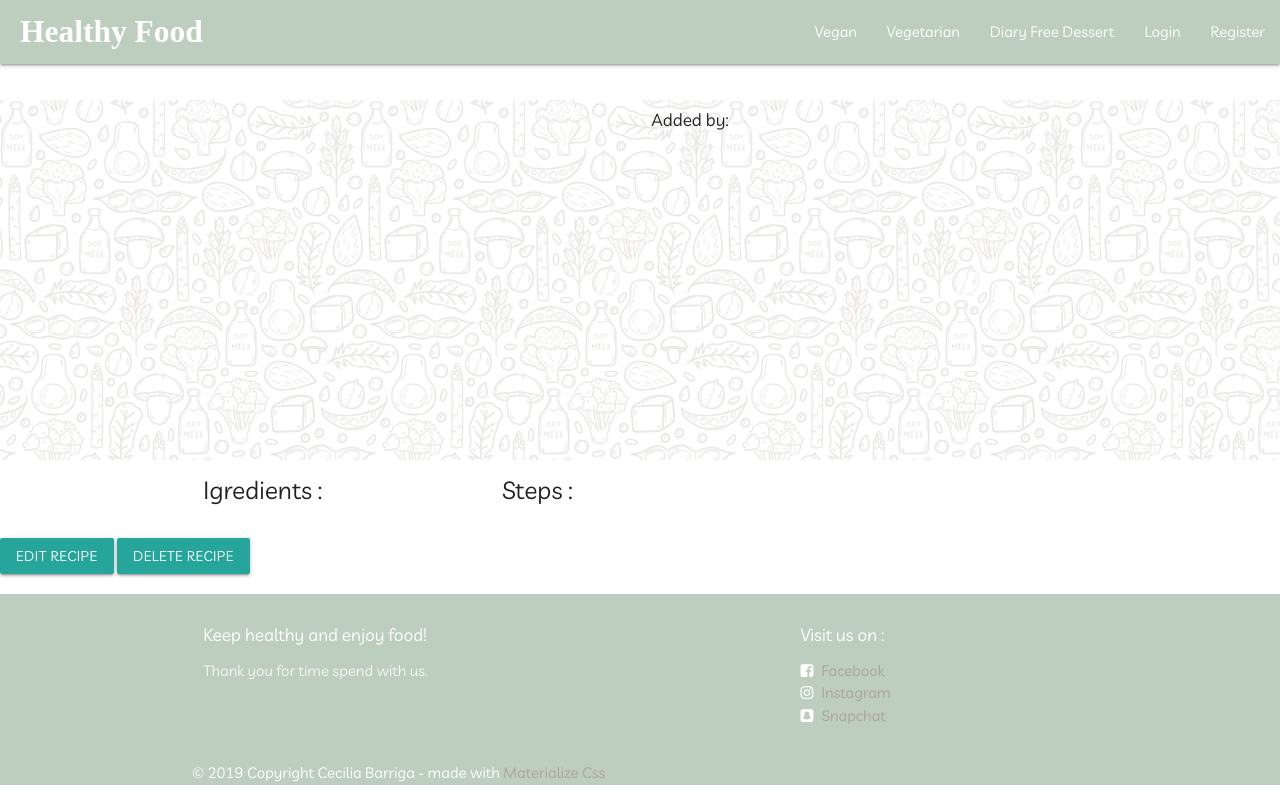
Repository: cesole/cookbook
Page: templates/recipe.html
The author's editor kept a record of every edit. The page is drawn from the files as they stood at one moment, then again after the next edit.
The browser window is 1280 px wide. The pictures show the whole page.
Some web fonts or font styles are not loaded; a fallback is used. The page is served by the project's application, run on Flask 3 (app.py). The template is opened directly, without the code that normally fills it, so the values that code supplies are empty.

Above is the page before.

### templates/recipe.html
{% extends 'base.html'%} {% block content %}
<div class="col s12">
    <div class="icon-block">
        <h2 class="orange-text text-lighten-3 art-deco-font">{{meal.dish_name}}</h2>
    </div>
</div>
<div class="container">
    <div class="row">
        <div class="col s12 m6">
            <img class="responsive-img" src="{{meal.image}}">
        </div>
        <div class="col s12 m6">
            <h6>Added by: </h6>
            <h6 class="orange-text text-lighten-3">{{meal.author}}</h6>
            <p class="description">{{meal.dish_description}}</p>
        </div>
    </div>
</div>
</div>
<div class="container row">
    <div class="col s12 m4">
        <h5>Igredients :</h5>
        <ol>
            {% if meal.ingredient_one %}
            <li>{{meal.ingredient_one}}</li>
            {% endif %} {% if meal.ingredient_two %}
            <li>{{meal.ingredient_two}}</li>
            {% endif %} {% if meal.ingredient_three %}
            <li>{{meal.ingredient_three}}</li>
            {% endif %} {% if meal.ingredient_four %}
            <li>{{meal.ingredient_four}}</li>
            {% endif %} {% if meal.ingredient_five %}
            <li>{{meal.ingredient_five}}</li>
            {% endif %} {% if meal.ingredient_six %}
            <li>{{meal.ingredient_six}}</li>
            {% endif %}
        </ol>
    </div>
    <div class="col s12 m4">
        <h5>Steps :</h5>
        <ol>
            {% if meal.step_one %}
            <li>{{meal.step_one}}</li>
            {% endif %} {% if meal.step_two %}
            <li>{{meal.step_two}}</li>
            {% endif %} {% if meal.step_three %}
            <li>{{meal.step_three}}</li>
            {% endif %} {% if meal.step_four %}
            <li>{{meal.step_four}}</li>
            {% endif %} {% if meal.step_five %}
            <li>{{meal.step_five}}</li>
            {% endif %} {% if meal.step_six %}
            <li>{{meal.step_six}}</li>
            {% endif %}
        </ol>
    </div>

</div>
<div class="row">
    <a href="{{url_for('edit_recipe', meal_id=meal._id)}}" class="btn waves-effect waves-light">Edit Recipe</a>
    <a href="{{url_for('delete_recipe', meal_id=meal._id)}}" class="btn waves-effect waves-light">Delete Recipe</a>
</div>

{% endblock %}

### templates/base.html
<!DOCTYPE html>
<html lang="en">

<head>
    <meta charset="UTF-8">
    <meta name="viewport" content="width=device-width, initial-scale=1.0">

    <link href="https://fonts.googleapis.com/icon?family=Material+Icons" rel="stylesheet">
    <!-- Compiled and minified CSS -->
    <link rel="stylesheet" href="{{ url_for('static', filename='css/materialize.min.css') }}" type="text/css" />
    <link href="https://stackpath.bootstrapcdn.com/font-awesome/4.7.0/css/font-awesome.min.css" rel="stylesheet" integrity="sha384-wvfXpqpZZVQGK6TAh5PVlGOfQNHSoD2xbE+QkPxCAFlNEevoEH3Sl0sibVcOQVnN" crossorigin="anonymous">
    <link href="https://fonts.googleapis.com/css?family=Livvic|Londrina+Outline&display=swap" rel="stylesheet">
    <link rel="stylesheet" href="{{ url_for('static', filename='css/style.css') }}" type="text/css" />


    <title>Cookbook</title>
</head>

<body class="container-fluid">
    <nav>
        <div class="nav-wrapper">
            <a href="{{url_for('index')}}" class="brand-logo">Healthy Food</a>
            <a href="#" data-target="mobile-demo" class="sidenav-trigger"><i class="material-icons">menu</i></a>
            <ul class="right hide-on-med-and-down">
                {% if session.username %}
                <li>Hello, {{ session.username }}!</li>
                {% endif %}
                <li><a href="{{url_for('vegan')}}">Vegan</a></li>
                <li><a href="{{url_for('vegetarian')}}">Vegetarian</a></li>
                <li><a href="{{url_for('dessert')}}">Diary Free Dessert</a></li>
                {% if not session.username %}
                <li><a href="{{url_for('login')}}">Login</a></li>
                <li><a href="{{url_for('register')}}">Register</a></li>
                {% else %}
                <li><a href="{{url_for('get_my_recipes')}}">My Recipes</a></li>
                <li><a href="{{url_for('logout')}}">Logout</a></li>
                {% endif %}
            </ul>
        </div>
        <ul class="sidenav" id="mobile-demo">
            {% if session.username %}
            <li>Hello, {{ session.username }}!</li>
            {% endif %}
            <li><a href="{{url_for('vegan')}}">Vegan</a></li>
            <li><a href="{{url_for('vegetarian')}}">Vegetarian</a></li>
            <li><a href="{{url_for('dessert')}}">Diary Free Dessert</a></li>
            {% if not session.username %}
            <li><a href="{{url_for('login')}}">Login</a></li>
            <li><a href="{{url_for('register')}}">Register</a></li>
            {% else %}
            <li><a href="{{url_for('get_my_recipes')}}">My Recipes</a></li>
            <li><a href="{{url_for('logout')}}">Logout</a></li>
            {% endif %}
        </ul>
    </nav>

    <div class="container-fluid">
        <main style="background-image: url({{ url_for('static', filename='images/background2.jpg') }}); background-size: contain; ">{% block content %}{% endblock %}</main>
    </div>

    <footer class="page-footer">
        <div class="container">
            <div class="row">
                <div class="col l6 s12">
                    <h6 class="white-text">Keep healthy and enjoy food!</h6>
                    <p class="grey-text text-lighten-4">Thank you for time spend with us.</p>
                </div>
                <div class="col l4 offset-l2 s12">
                    <h6 class="white-text">Visit us on :</h6>
                    <ul>
                        <li><i class="fa fa-facebook-square"></i><a class="social-media" href="https://www.facebook.com/" target="_blank">Facebook</a></li>
                        <li><i class="fa fa-instagram"></i><a class="social-media" href="https://www.instagram.com/" target="_blank">Instagram</a></li>
                        <li><i class="fa fa-snapchat-square"></i><a class="social-media" href="https://www.snapchat.com/" target="_blank">Snapchat</a></li>
                    </ul>
                </div>
            </div>
            <div class="copyright">
                <div class="row">
                    © 2019 Copyright Cecilia Barriga - made with <a class="orange-text text-lighten-3" href="https://materializecss.com/" target="_blank">Materialize Css</a>
                </div>
            </div>
        </div>
    </footer>


    <script src="https://code.jquery.com/jquery-3.3.1.slim.min.js" integrity="sha384-q8i/X+965DzO0rT7abK41JStQIAqVgRVzpbzo5smXKp4YfRvH+8abtTE1Pi6jizo" crossorigin="anonymous"></script>
    <!-- Compiled and minified JavaScript -->
    <script src="https://cdnjs.cloudflare.com/ajax/libs/materialize/1.0.0/js/materialize.min.js"></script>

    <script>
        $(document).ready(function() {
            $('.sidenav').sidenav();
            $('.parallax').parallax();
            $('.carousel').carousel();
            $('.slider').slider();
            $('select').formSelect();
        });
    </script>

</body>

</html>

### app.py
import os
from flask import Flask, render_template, flash, redirect, request, url_for, session, make_response, current_app
from flask_pymongo import PyMongo
import pymongo
from pymongo import MongoClient
from bson.objectid import ObjectId
import json
from datetime import datetime
from functools import update_wrapper


app = Flask(__name__)
app.config["MONGO_DBNAME"] = 'cook_book'
app.config["MONGO_URI"] = os.getenv('MONGO_URI', 'mongodb://localhost')
app.config['SECRET_KEY'] = "cooking_book"


mongo = PyMongo(app)




@app.route('/')
@app.route('/index')
def index():
    return render_template('index.html')

@app.route('/vegan')
def vegan():
    return render_template('vegan.html',
                            meals=mongo.db.meals.find())

@app.route('/vegetarian')
def vegetarian():
    return render_template('vegetarian.html',
                            meals=mongo.db.meals.find())

@app.route('/dessert')
def dessert():
    return render_template('dessert.html',
                            meals=mongo.db.meals.find())

@app.route('/login', methods=["POST", "GET"])
def login():
    users = mongo.db.users
    login_user = users.find_one({"username" : request.form.get("username", False)})
    if login_user:
        if (request.form['pass']) == login_user['password']:
            session['username'] = request.form['username']
            return redirect(url_for('index'))
        flash('Invalid username/password combination')

    return render_template('login.html')




@app.route('/register', methods=["POST", "GET"])
def register():
    if request.method == "POST":
        users = mongo.db.users
        existing_user = users.find_one({"username" : request.form['username']})
        if existing_user is None:
            users.insert({'username' : request.form['username'],
                            'password' : request.form['pass']
            })
            session['username'] = request.form['username']
            return redirect(url_for('index'))
        flash("Username already exist! Try again!")
    return render_template('register.html')


@app.route('/get_my_recipes', methods=['GET', 'POST'])
def get_my_recipes():
    if not 'username' in session:
        return redirect('/login')
    else:
        meals = mongo.db.meals.find()
        return render_template('user_recipes.html',
                           user=session['username'],
                        meals=meals)

@app.route('/add_recipe')
def add_recipe():
    return render_template('add_recipe.html',
                            categories=mongo.db.categories.find(),
                            meals=mongo.db.meals.find())


@app.route('/insert_recipe', methods=['POST'])
def insert_recipe():
    meals =  mongo.db.meals
    meals.insert_one(request.form.to_dict())
    return render_template('user_recipes.html',
    categories=mongo.db.categories.find(),
                            meals=mongo.db.meals.find())


@app.route('/delete_recipe/<meal_id>')
def delete_recipe(meal_id):
    mongo.db.meals.remove({'_id': ObjectId(meal_id)})
    return redirect(url_for('get_my_recipes'))


@app.route('/edit_recipe/<meal_id>')
def edit_recipe(meal_id):
    the_meal =  mongo.db.meals.find_one({"_id": ObjectId(meal_id)})
    all_categories =  mongo.db.categories.find()
    return render_template('edit_recipe.html', meal=the_meal,
                           categories=all_categories)


@app.route('/update_recipe/<meal_id>', methods=["POST"])
def update_recipe(meal_id):
    meals = mongo.db.meals
    meals.update( {'_id': ObjectId(meal_id)},
    {
        'dish_name':request.form.get('dish_name'),
        'category_name':request.form.get('category_name'),
        'dish_description': request.form.get('dish_description'),
        'ingredient_one': request.form.get('ingredient_one'),
        'ingredient_two': request.form.get('ingredient_two'),
        'ingredient_three': request.form.get('ingredient_three'),
        'ingredient_four': request.form.get('ingredient_four'),
        'ingredient_five': request.form.get('ingredient_five'),
        'ingredient_six': request.form.get('ingredient_six'),
        'step_one': request.form.get('step_one'),
        'step_two': request.form.get('step_two'),
        'step_three': request.form.get('step_three'),
        'step_four': request.form.get('step_four'),
        'step_five': request.form.get('step_five'),
        'step_six': request.form.get('step_six'),
        'image': request.form.get('image'),
        'cook_time': request.form.get('cook_time'),
        'prep_time': request.form.get('prep_time'),
        'author': request.form.get('author')
    })
    return redirect(url_for('get_my_recipes'))



@app.route('/logout')
def logout():
    session.clear()
    return redirect(url_for('index'))

@app.route('/recipe/<meal_id>', methods=['GET', 'POST'])
def recipe(meal_id):
    the_meal =  mongo.db.meals.find_one({"_id": ObjectId(meal_id)})
    return render_template('recipe.html', meal=the_meal)


if __name__ == '__main__':
    app.run(host=os.environ.get('IP'),
            port=int(os.environ.get('PORT')),
            debug=True)

### static/css/style.css
#index {
    color: #878f99;
    text-align: center;
}

nav .nav-wrapper {
    position: relative;
    height: 100%;
    background-color: #bdcebe !important;
    color: white;
}

.index-container {
    margin-left: 30px;
    color: #878f99;
}

.brand-logo {
    font-family: 'Londrina Outline', cursive;
    font-weight: bold;
    margin-left: 20px;
}

html {
    font-family: 'Livvic', sans-serif;
}

.description {
    font-size: 1.5rem;
}

main {
    min-height: 50vh;
}

form {
    margin-top: 50px;
}

.meals {
    padding-top: 50px;
}

span.card-title {
    background-color: #d68d057a;
    width: 100%;
    padding: 10px !important;
}

.card-content {
    height: 100px;
}

/* Caption styles */

.caption {
    background-color: rgba(0, 0, 0, 0.1);
}

/* parallax styles */
.grey-text.text-darken-3 {
    color: white !important;
    text-align: center;
}

.white {
    color: #878f99;
    text-align: center;
}

.header {
    color: #878f99;
    text-align: center;
}


.brown-text {
    color: #bdaa93 !important;
}


/* end of style */



/* end of styles */

.input-field label {
    color: black;
}

.input-field input[type=text],
.input-field input[type=password],
.input-field input[type=email]{
    border-bottom: 1px solid black;
    box-shadow: 0 1px 0 0 black;
}

.switch label {
    color: black;
}

textarea.materialize-textarea {
    border-bottom: 1px solid black;
    box-shadow: 0 1px 0 0 black;
}

label.active {
    color: #000000 !important;
    font-size: 18px !important;
}


.page-footer {
    padding-top: 20px;
    color: #fff;
    background-color: #bdcebe !important;
}

img.responsive-img {
    max-width: 70%;
    height: auto;
}


.title-image {
    background-image: url('static/images/background.jpg');
}

.flashes {
    text-align: center;
    font-size: 2rem;
}


.orange-text.text-lighten-3 {
    color: #ada397 !important;
}

.social-media {
    color: #ada397;
    margin-left: 8px;
}


/* MEDIA STYLE */

@media (max-width: 768px) {
    nav .brand-logo {
        font-size: 1rem;
    }
}

Loaded but not shown: static/css/materialize.min.css (library)

After the next edit:
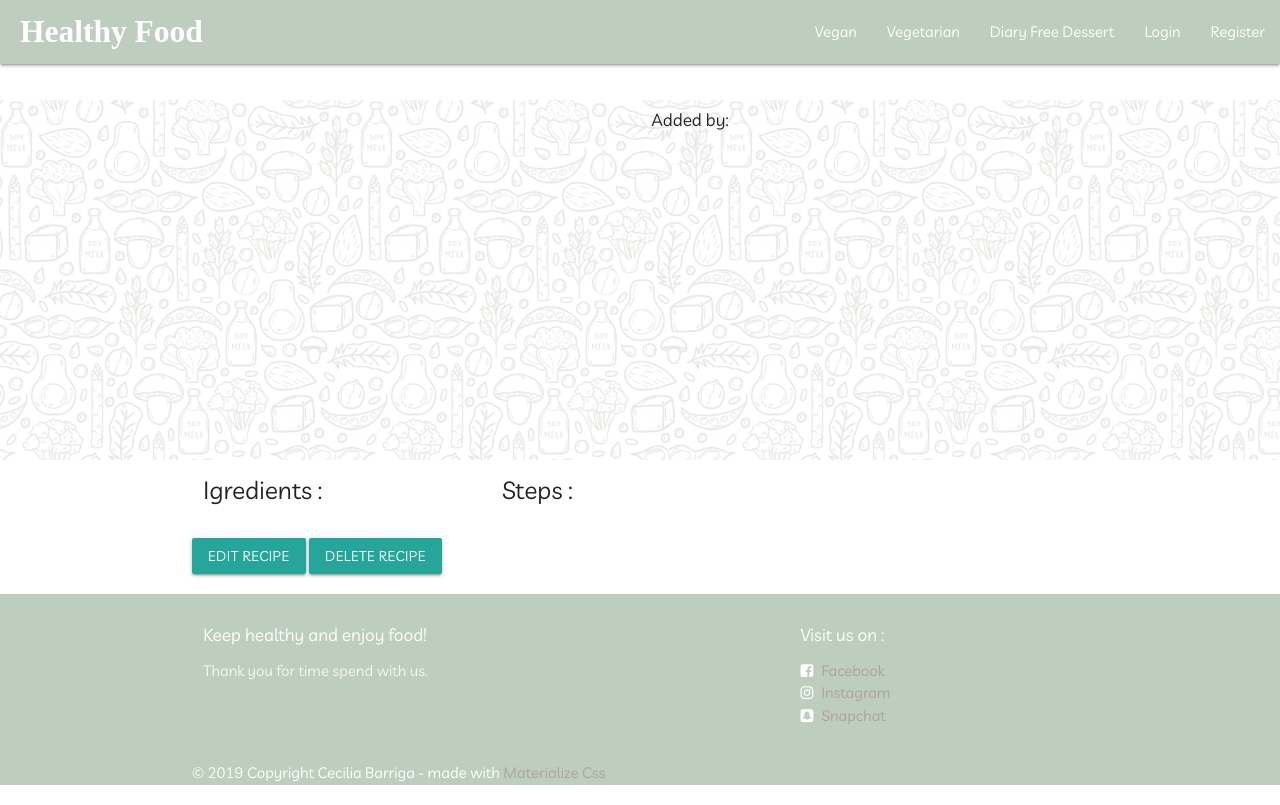
The edit:
--- a/templates/recipe.html
+++ b/templates/recipe.html
@@ -56,7 +56,8 @@
     </div>
 
 </div>
-<div class="row">
+<div class="container recipe-btn">
+    <div class="row">
     <a href="{{url_for('edit_recipe', meal_id=meal._id)}}" class="btn waves-effect waves-light">Edit Recipe</a>
     <a href="{{url_for('delete_recipe', meal_id=meal._id)}}" class="btn waves-effect waves-light">Delete Recipe</a>
 </div>
